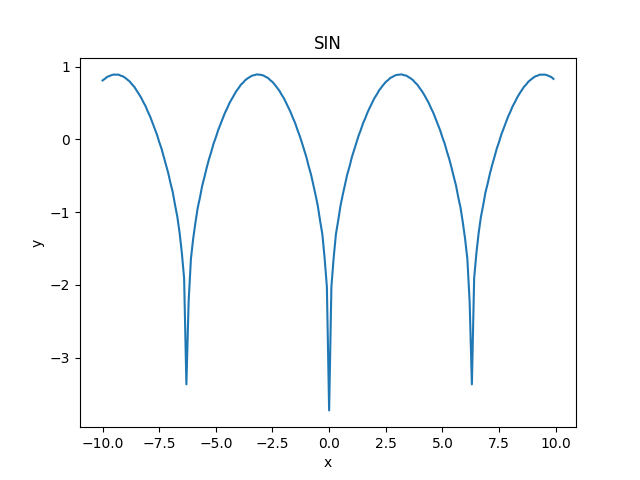
Repository: eieioF11/Python
Script's output: python project/python_sample/Fourier.py
These files come from the project's save history. The script's output is drawn as it stood at one moment and after the next save; the edit follows.
Random numbers start from a fixed seed.

Above is the script's output before, as saved 2020-05-22 15:40:11.

### project/python_sample/Fourier.py
import numpy as np
import matplotlib.pyplot as plt

#x = np.arange(-10, 10, 0.1)  # x座標を-10 から 10 まで 0.1 きざみで取得
def F(t):
    k=100
    y=0
    for n in range(1,k,1):
        y+=((-1**n)/(2*n-1))*np.cos(n*t)
    y *= 1/2+2/np.pi
    return y

X=np.arange(-10, 10, 0.1)
Y=F(X)

# グラフを書く
plt.plot(X,Y)
# グラフのタイトル
plt.title("SIN")
# x軸のラベル
plt.xlabel("x")
# y軸のラベル
plt.ylabel("y")
# 表示する
plt.show()

After the next save:
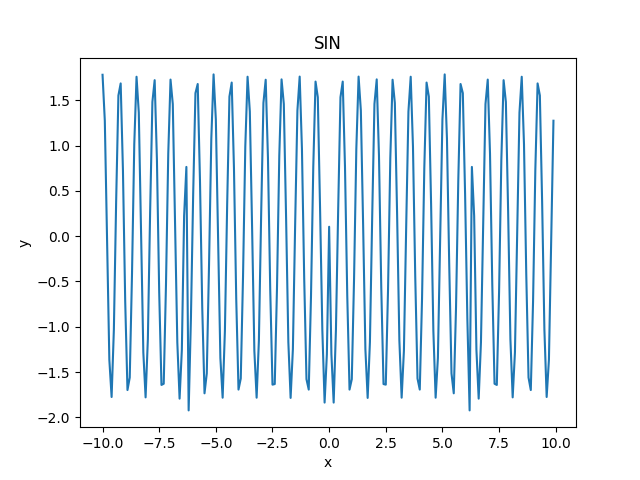
Saved 47 s later.
--- a/project/python_sample/Fourier.py
+++ b/project/python_sample/Fourier.py
@@ -6,7 +6,7 @@ def F(t):
     k=100
     y=0
     for n in range(1,k,1):
-        y+=((-1**n)/(2*n-1))*np.cos(n*t)
+        y+=((-1**n)/(2*n-109))*np.cos(n*t)
     y *= 1/2+2/np.pi
     return y
 
